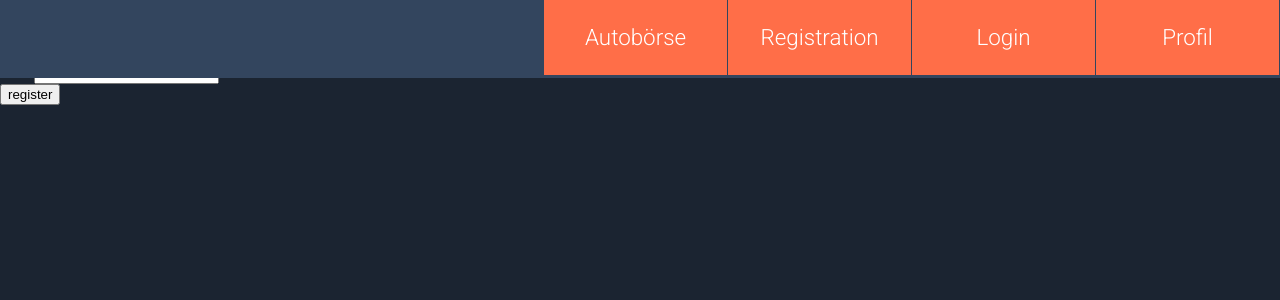
Repository: Turkelten/CarAdminstration
Page: Autobörse/WebContent/registration.html
These files come from the project's save history. The page is drawn as it stood at one moment and after the next save; the edit follows.
The browser window is 1280 px wide. The pictures show the whole page.

Above is the page before, as saved 2020-07-18 17:53:48.

After the next save:
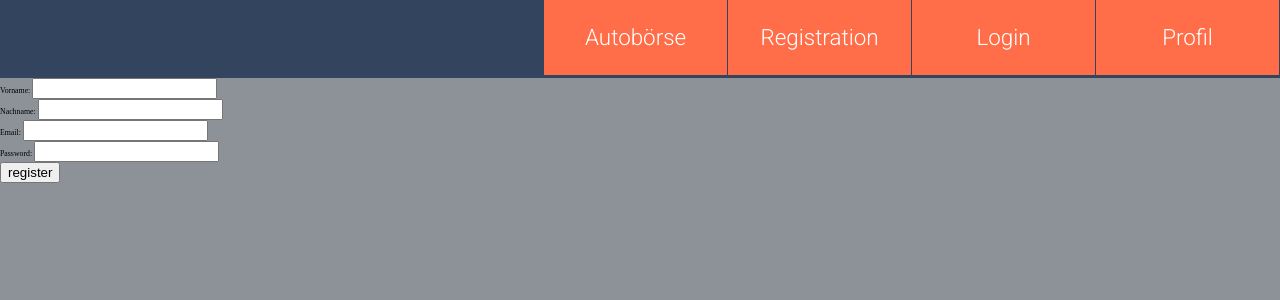
Saved 13 s later.
--- a/Autobörse/WebContent/registration.html
+++ b/Autobörse/WebContent/registration.html
@@ -40,7 +40,7 @@
 		</nav>
 	</header>
 
-	<div class="registration">
+	<div class="page">
 		<div class="">
 			<div class="login">
 				<form method="post" action="register">
